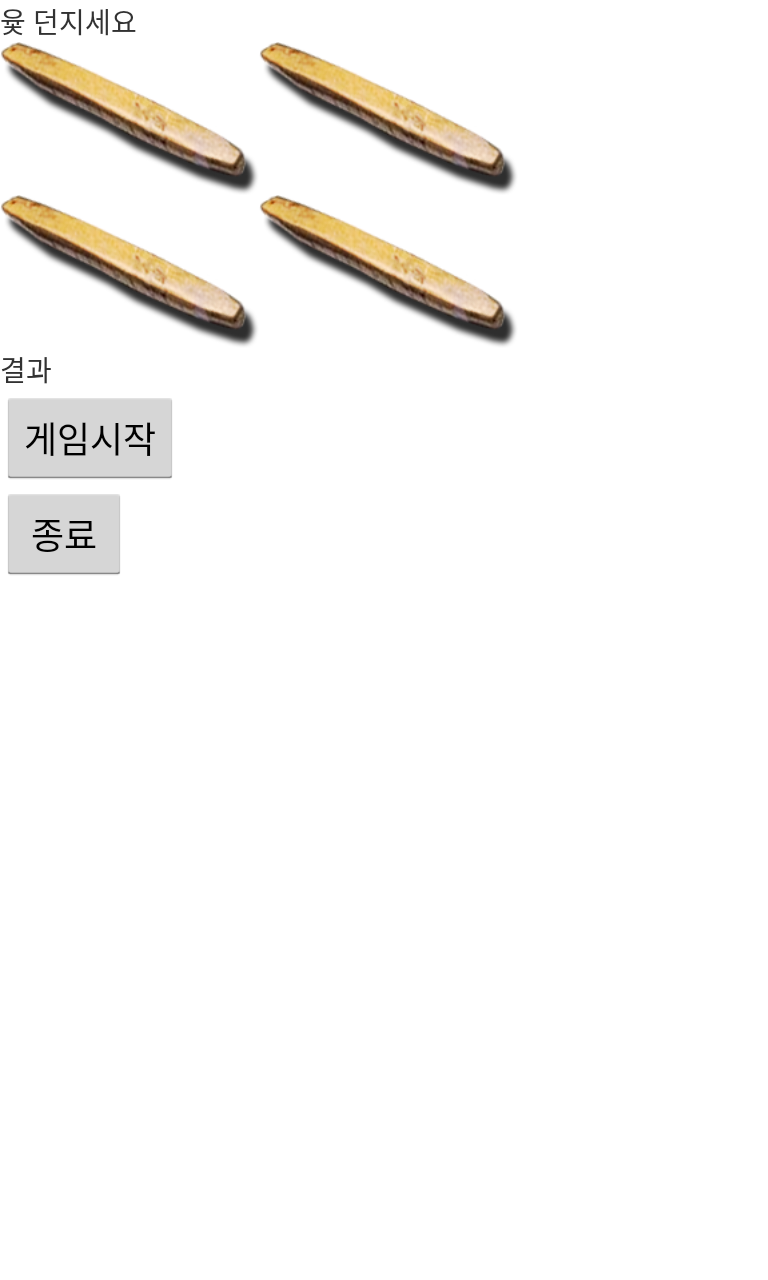
Repository: supremehappy/Android
Layout: IntentTest1/res/layout/yut_activity.xml
An editor plug-in stored every save of this project. The layout is shown before and after a run of saves, followed by the edit.
It is drawn on a 768 x 1280 px phone screen (xhdpi) without system bars, with theme AppTheme; the app's code is not run.

Above is the layout before, as saved 2017-08-25 02:28:01.

### IntentTest1/res/layout/yut_activity.xml
<?xml version="1.0" encoding="utf-8"?>
<LinearLayout xmlns:android="http://schemas.android.com/apk/res/android"
    android:id="@+id/LinearLayout1"
    android:layout_width="match_parent"
    android:layout_height="match_parent"
    android:orientation="vertical" >

    <TextView
        android:id="@+id/textView1"
        android:layout_width="wrap_content"
        android:layout_height="wrap_content"
        android:text="윷 던지세요" />

    <LinearLayout
        android:layout_width="match_parent"
        android:layout_height="wrap_content" >

        <ImageView
            android:id="@+id/img_yut1"
            android:layout_width="wrap_content"
            android:layout_height="wrap_content"
            android:src="@drawable/yut_0" />

        <ImageView
            android:id="@+id/img_yut2"
            android:layout_width="wrap_content"
            android:layout_height="wrap_content"
            android:src="@drawable/yut_0" />

    </LinearLayout>

    <LinearLayout
        android:layout_width="match_parent"
        android:layout_height="wrap_content" >

        <ImageView
            android:id="@+id/img_yut3"
            android:layout_width="wrap_content"
            android:layout_height="wrap_content"
            android:src="@drawable/yut_0" />

        <ImageView
            android:id="@+id/img_yut4"
            android:layout_width="wrap_content"
            android:layout_height="wrap_content"
            android:src="@drawable/yut_0" />

    </LinearLayout>

    <LinearLayout
        android:layout_width="match_parent"
        android:layout_height="wrap_content"
        android:orientation="vertical" >

        <TextView
            android:id="@+id/txt_result"
            android:layout_width="wrap_content"
            android:layout_height="wrap_content"
            android:text="결과" />

    </LinearLayout>

    <Button
        android:id="@+id/btn_start"
        android:layout_width="wrap_content"
        android:layout_height="wrap_content"
        android:text="게임시작" />

    <Button
        android:id="@+id/btn_exit"
        android:layout_width="wrap_content"
        android:layout_height="wrap_content"
        android:text="종료" />

</LinearLayout>

Loaded but not shown: IntentTest1/res/values/styles.xml (common file); IntentTest1/res/values-v11/styles.xml (common file); IntentTest1/res/values-v14/styles.xml (common file)

After the next 2 saves:
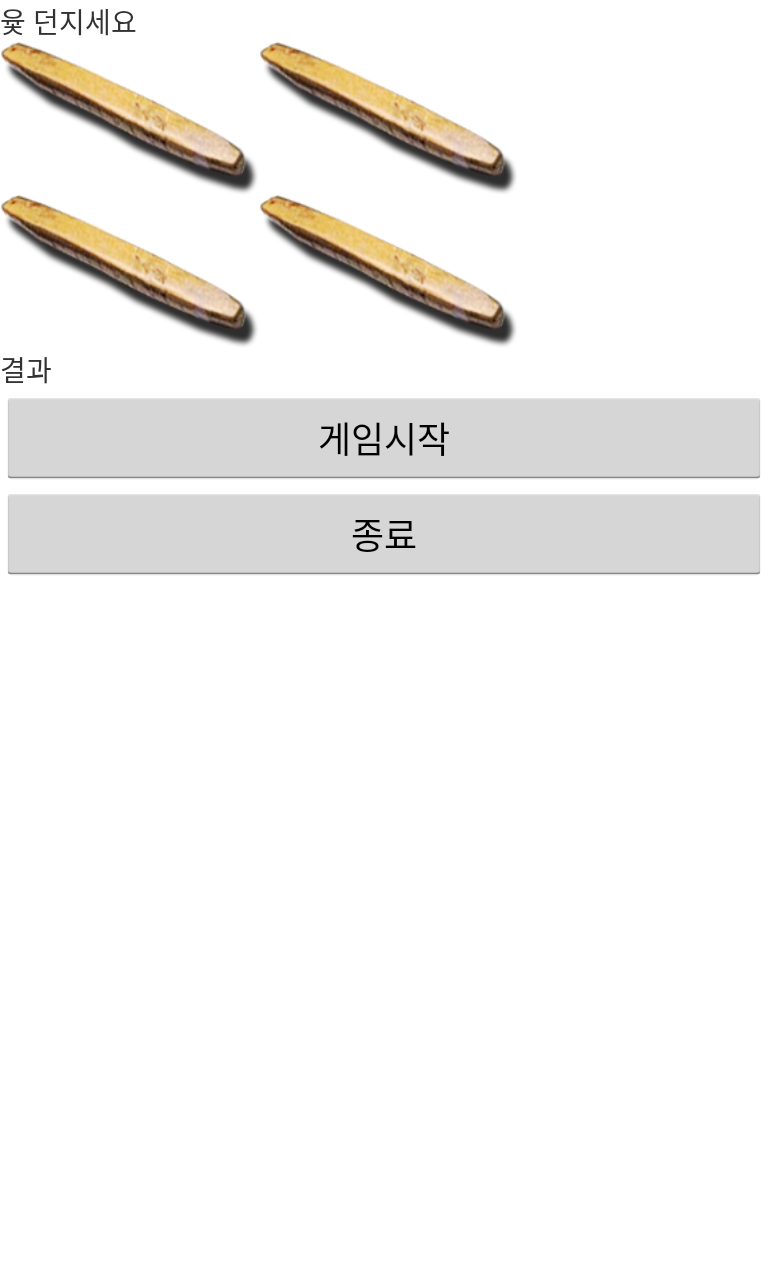
The 2 saves are shown as one change because they came seconds apart.
The last was saved 41 s later.
--- a/IntentTest1/res/layout/yut_activity.xml
+++ b/IntentTest1/res/layout/yut_activity.xml
@@ -54,21 +54,22 @@
 
         <TextView
             android:id="@+id/txt_result"
-            android:layout_width="wrap_content"
+            android:layout_width="fill_parent"
             android:layout_height="wrap_content"
+            android:layout_gravity="center"
             android:text="결과" />
 
     </LinearLayout>
 
     <Button
         android:id="@+id/btn_start"
-        android:layout_width="wrap_content"
+        android:layout_width="fill_parent"
         android:layout_height="wrap_content"
         android:text="게임시작" />
 
     <Button
         android:id="@+id/btn_exit"
-        android:layout_width="wrap_content"
+        android:layout_width="fill_parent"
         android:layout_height="wrap_content"
         android:text="종료" />
 
